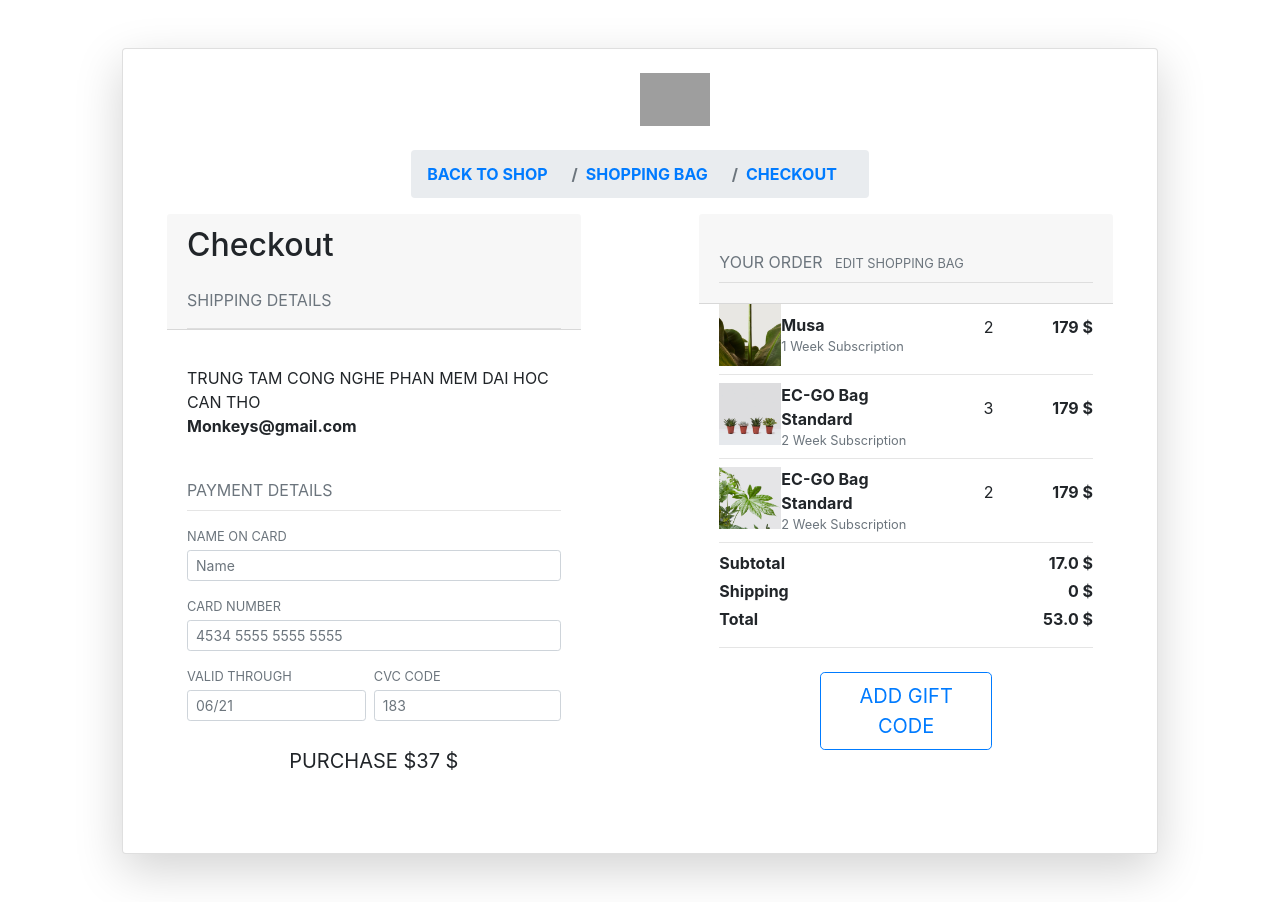
Repository: phamminhkhoa2k4/TechWiz-PlantPalace
Page: views/cart.html
The author's editor kept a copy of each file at every save. The page is drawn from the files as they stood at one save, then again after the next save.
The browser window is 1280 px wide. The pictures show the whole page.
Pictures or frames that could not be fetched are drawn as grey boxes.

Above is the page before, as saved 2023-08-12 18:20:44.

### views/cart.html
<link rel="stylesheet" href="https://stackpath.bootstrapcdn.com/bootstrap/4.3.1/css/bootstrap.min.css">
<div class=" container-fluid my-5 ">
    <div class="row justify-content-center ">
        <div class="col-xl-10">
            <div class="card shadow-lg ">
                <div class="row p-2 mt-3 justify-content-between mx-sm-2">
                    <div class="col">

                    </div>
                    <div class="col">
                        <div class="row justify-content-start ">
                            <div class="col">
                                <img class="irc_mi img-fluid cursor-pointer " src="../assets/img/"  width="70" height="70" >
                            </div>
                        </div>
                    </div>
                    <div class="col-auto">

                    </div>
                </div>
                <div class="row  mx-auto justify-content-center text-center">
                    <div class="col-12 mt-3 ">
                        <nav aria-label="breadcrumb" class="second ">
                            <ol class="breadcrumb indigo lighten-6 first  ">
                                <li class="breadcrumb-item font-weight-bold "><a class="black-text text-uppercase " href="#"><span class="mr-md-3 mr-1">BACK TO SHOP</span></a><i class="fa fa-angle-double-right " aria-hidden="true"></i></li>
                                <li class="breadcrumb-item font-weight-bold"><a class="black-text text-uppercase" href="#"><span class="mr-md-3 mr-1">SHOPPING BAG</span></a><i class="fa fa-angle-double-right text-uppercase " aria-hidden="true"></i></li>
                                <li class="breadcrumb-item font-weight-bold"><a class="black-text text-uppercase active-2" href="#"><span class="mr-md-3 mr-1">CHECKOUT</span></a></li>
                            </ol>
                        </nav>
                    </div>
                </div>

                <div class="row justify-content-around">
                    <div class="col-md-5">
                        <div class="card border-0">
                            <div class="card-header pb-0">
                                <h2 class="card-title space ">Checkout</h2>
                                <p class="card-text text-muted mt-4  space">SHIPPING DETAILS</p>
                                <hr class="my-0">
                            </div>
                            <div class="card-body">
                                <div class="row justify-content-between">
                                    <div class="col-auto mt-0"><p><b></b></p>TRUNG TAM CONG NGHE PHAN MEM DAI HOC CAN THO</div>
                                    <div class="col-auto"><p><b>Monkeys@gmail.com</b> </p></div>
                                </div>
                                <div class="row mt-4">
                                    <div class="col"><p class="text-muted mb-2">PAYMENT DETAILS</p><hr class="mt-0"></div>
                                </div>
                                <div class="form-group">
                                    <label for="NAME" class="small text-muted mb-1">NAME ON CARD</label>
                                    <input type="text" class="form-control form-control-sm" name="NAME" id="NAME" aria-describedby="helpId" placeholder="Name">
                                </div>
                                <div class="form-group">
                                    <label for="NAME" class="small text-muted mb-1">CARD NUMBER</label>
                                    <input type="text" class="form-control form-control-sm" name="NAME" id="NAME" aria-describedby="helpId" placeholder="4534 5555 5555 5555">
                                </div>
                                <div class="row no-gutters">
                                    <div class="col-sm-6 pr-sm-2">
                                        <div class="form-group">
                                            <label for="NAME" class="small text-muted mb-1">VALID THROUGH</label>
                                            <input type="text" class="form-control form-control-sm" name="NAME" id="NAME" aria-describedby="helpId" placeholder="06/21">
                                        </div>
                                    </div>
                                    <div class="col-sm-6">
                                        <div class="form-group">
                                            <label for="NAME" class="small text-muted mb-1">CVC CODE</label>
                                            <input type="text" class="form-control form-control-sm" name="NAME" id="NAME" aria-describedby="helpId" placeholder="183">
                                        </div>
                                    </div>
                                </div>
                                <div class="row mb-md-5">
                                    <div class="col">
                                        <button type="button" name="" id="" class="btn  btn-lg btn-block ">PURCHASE $37 $</button>
                                    </div>
                                </div>
                            </div>
                        </div>
                    </div>
                    <div class="col-md-5">
                        <div class="card border-0 ">
                            <div class="card-header card-2">
                                <p class="card-text text-muted mt-md-4  mb-2 space">YOUR ORDER <span class=" small text-muted ml-2 cursor-pointer">EDIT SHOPPING BAG</span> </p>
                                <hr class="my-2">
                            </div>
                            <div class="card-body pt-0">
                                <div class="row  justify-content-between">
                                    <div class="col-auto col-md-7">
                                        <div class="media flex-column flex-sm-row">
                                            <img class=" img-fluid" src="../assets/img/zlsjcreqoa3k1zd2zn6m.png" width="62" height="62">
                                            <div class="media-body  my-auto">
                                                <div class="row ">
                                                    <div class="col-auto"><p class="mb-0"><b>Musa</b></p><small class="text-muted">1 Week Subscription</small></div>
                                                </div>
                                            </div>
                                        </div>
                                    </div>
                                    <div class=" pl-0 flex-sm-col col-auto  my-auto"> <p class="boxed-1">2</p></div>
                                    <div class=" pl-0 flex-sm-col col-auto  my-auto "><p><b>179 $</b></p></div>
                                </div>
                                <hr class="my-2">
                                <div class="row  justify-content-between">
                                    <div class="col-auto col-md-7">
                                        <div class="media flex-column flex-sm-row">
                                            <img class=" img-fluid " src="../assets/img/eyezulzs9styxizwxuok.png" width="62" height="62">
                                            <div class="media-body  my-auto">
                                                <div class="row ">
                                                    <div class="col"><p class="mb-0"><b>EC-GO Bag Standard</b></p><small class="text-muted">2 Week Subscription</small></div>
                                                </div>
                                            </div>
                                        </div>
                                    </div>
                                    <div class="pl-0 flex-sm-col col-auto  my-auto"> <p class="boxed">3</p></div>
                                    <div class="pl-0 flex-sm-col col-auto my-auto"><p><b>179 $</b></p></div>
                                </div>
                                <hr class="my-2">
                                <div class="row  justify-content-between">
                                    <div class="col-auto col-md-7">
                                        <div class="media flex-column flex-sm-row">
                                            <img class=" img-fluid " src="../assets/img/vsz8hzjwhyc89t35nnul.png" width="62" height="62">
                                            <div class="media-body  my-auto">
                                                <div class="row ">
                                                    <div class="col"><p class="mb-0"><b>EC-GO Bag Standard</b></p><small class="text-muted">2 Week Subscription</small></div>
                                                </div>
                                            </div>
                                        </div>
                                    </div>
                                    <div class="pl-0 flex-sm-col col-auto  my-auto"> <p class="boxed-1">2</p></div>
                                    <div class="pl-0 flex-sm-col col-auto my-auto"><p><b>179 $</b></p></div>
                                </div>
                                <hr class="my-2">
                                <div class="row ">
                                    <div class="col">
                                        <div class="row justify-content-between">
                                            <div class="col-4"><p class="mb-1"><b>Subtotal</b></p></div>
                                            <div class="flex-sm-col col-auto"><p class="mb-1"><b>17.0 $</b></p></div>
                                        </div>
                                        <div class="row justify-content-between">
                                            <div class="col"><p class="mb-1"><b>Shipping</b></p></div>
                                            <div class="flex-sm-col col-auto"><p class="mb-1"><b>0 $</b></p></div>
                                        </div>
                                        <div class="row justify-content-between">
                                            <div class="col-4"><p ><b>Total</b></p></div>
                                            <div class="flex-sm-col col-auto"><p  class="mb-1"><b>53.0 $</b></p> </div>
                                        </div><hr class="my-0">
                                    </div>
                                </div>
                                <div class="row mb-5 mt-4 ">
                                    <div class="col-md-7 col-lg-6 mx-auto"><button type="button" class="btn btn-block btn-outline-primary btn-lg">ADD GIFT CODE</button></div>
                                </div>
                            </div>
                        </div>
                    </div>
                </div>
            </div>
        </div>
    </div>
</div>

After the next save:
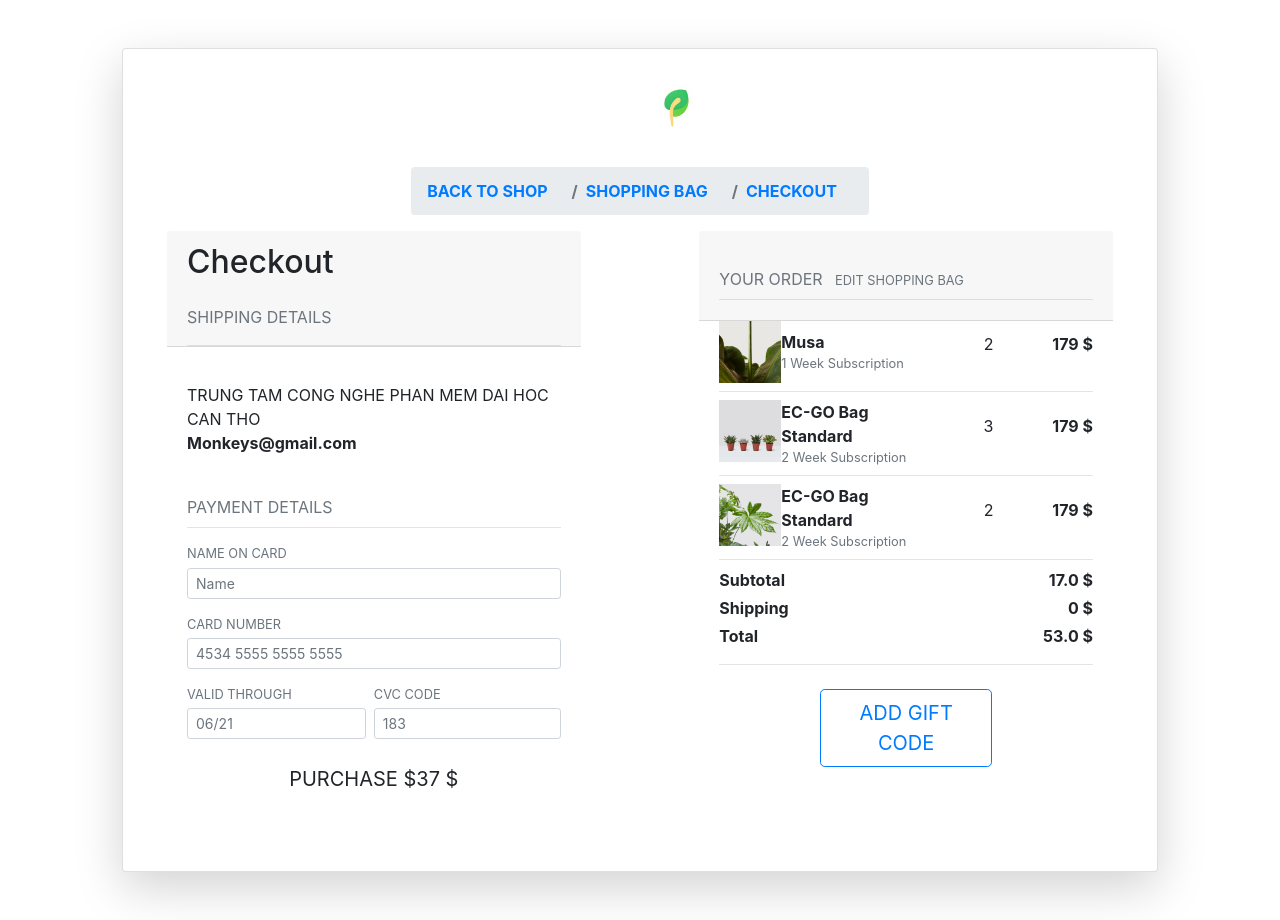
Saved 10 s later.
--- a/views/cart.html
+++ b/views/cart.html
@@ -10,7 +10,7 @@
                     <div class="col">
                         <div class="row justify-content-start ">
                             <div class="col">
-                                <img class="irc_mi img-fluid cursor-pointer " src="../assets/img/"  width="70" height="70" >
+                                <img class="irc_mi img-fluid cursor-pointer " src="../assets/img/logo.jpg"  width="70" height="70" >
                             </div>
                         </div>
                     </div>
